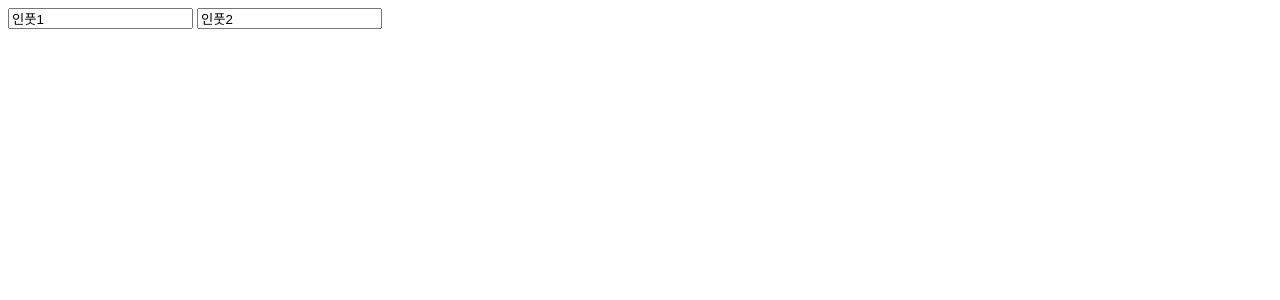
Repository: bum12ark/funding-throgh-blockchain
Page: http://localhost/spring_ftbc/KakaoTest/formTest.jsp
These files come from the project's save history. The page is drawn as it stood at one moment and after the next save; the edit follows.
The browser window is 1280 px wide. The pictures show the whole page.
The page is served by Tomcat 9. Nobody is signed in. The application's start-up code is not run.

Above is the page before, as saved 2019-10-29 12:58:35.

After the next save:
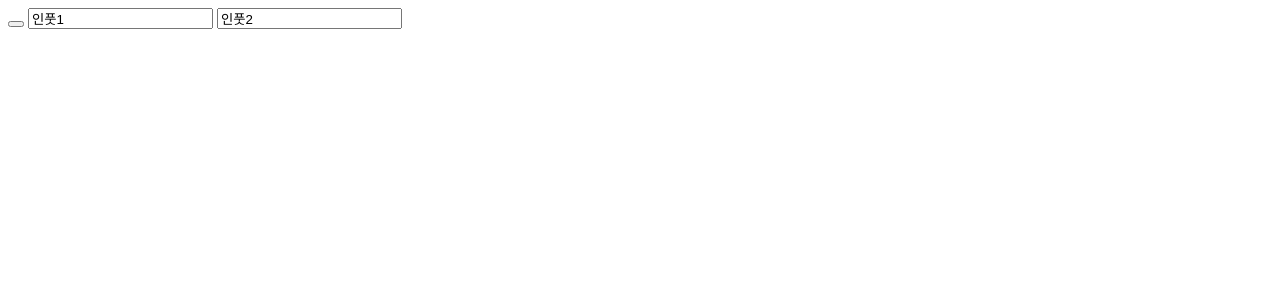
Saved 39 s later.
--- a/workspace_ftbc_spring/spring_ftbc/src/main/webapp/KakaoTest/formTest.jsp
+++ b/workspace_ftbc_spring/spring_ftbc/src/main/webapp/KakaoTest/formTest.jsp
@@ -7,7 +7,13 @@
 <title>Insert title here</title>
 </head>
 <body>
+	<script type="text/javascript">
+		function formTest() {
+
+		}
+	</script>
 	<div id="div_t">
+		<button onclick="formTest"></button>
 		<input type="text" value="인풋1">
 		<input type="text" value="인풋2">
 	</div>
